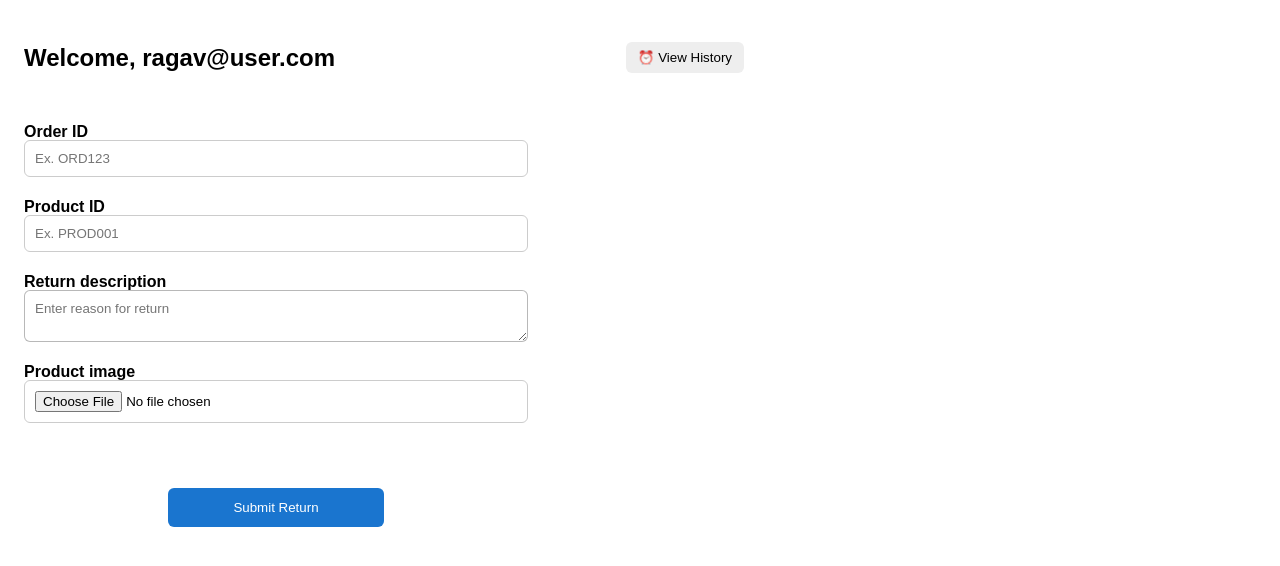
Repository: ragav-byte/Returns_radars
Page: / (app in frontend/)
An editor plug-in stored every save of this project. The page is shown before and after a run of saves, followed by the edit.
The browser window is 1280 px wide. The pictures show the whole page.
The project was rebuilt for these pictures with package versions that can differ from the ones it lists, and the page was loaded fresh each time. Also part of the build but not shown: frontend/src/components/GeminiPopup.css, frontend/src/components/GeminiPopup.js. Imported but missing from the stored project, and not drawn on this page: frontend/src/components/ReturnHistory.

Above is the page before, as saved 2025-06-25 22:29:10.

After the next 3 saves:
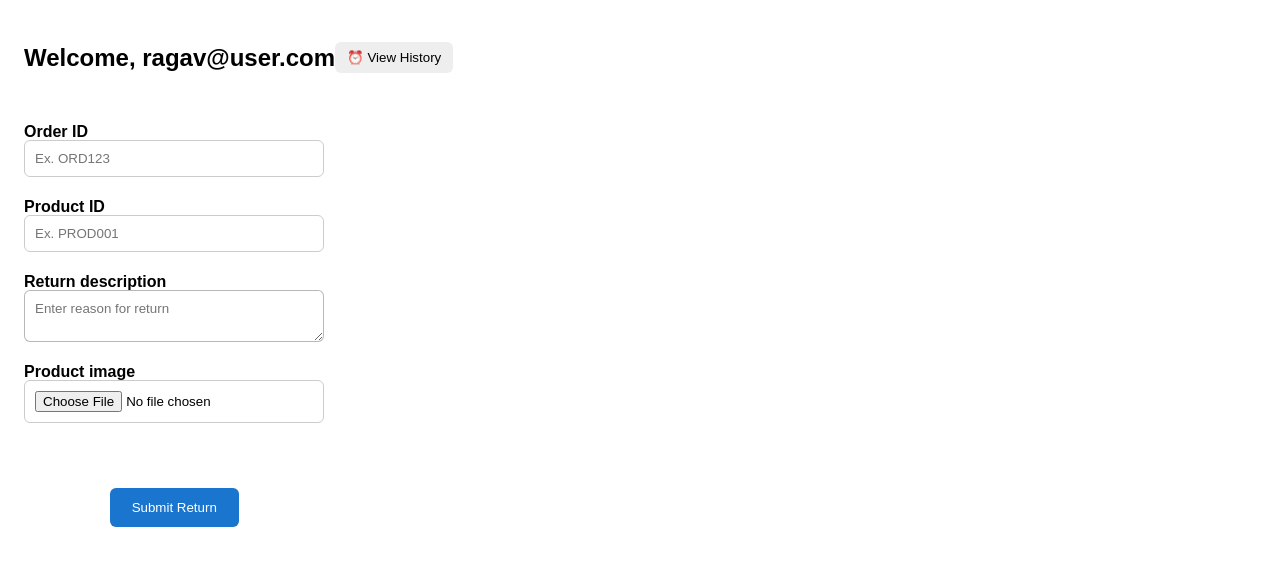
The 3 saves are shown as one change because they came seconds apart.
The last was saved 15 s later.
--- a/frontend/src/components/Dashboard.css
+++ b/frontend/src/components/Dashboard.css
@@ -111,4 +111,6 @@
       position: relative;
     top: 11px;
 }
-.da
+.dash-body{
+  display: flex;
+}
